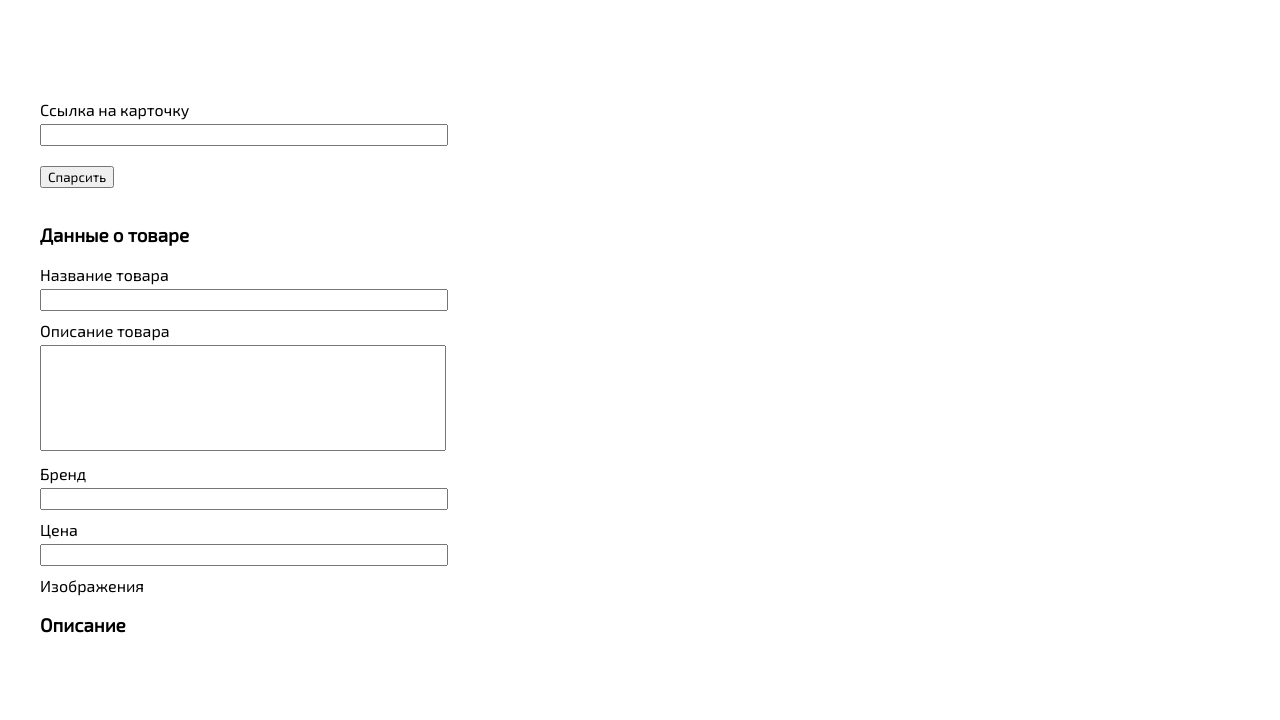
Repository: yozuul/wildberries-product-card-parser-api-exchange
Page: public/index.html
An editor plug-in stored every save of this project. The page is shown before and after the next save, followed by the edit.
The browser window is 1280 px wide. The pictures show the whole page.

Above is the page before, as saved 2021-08-18 18:25:33.

After the next save:
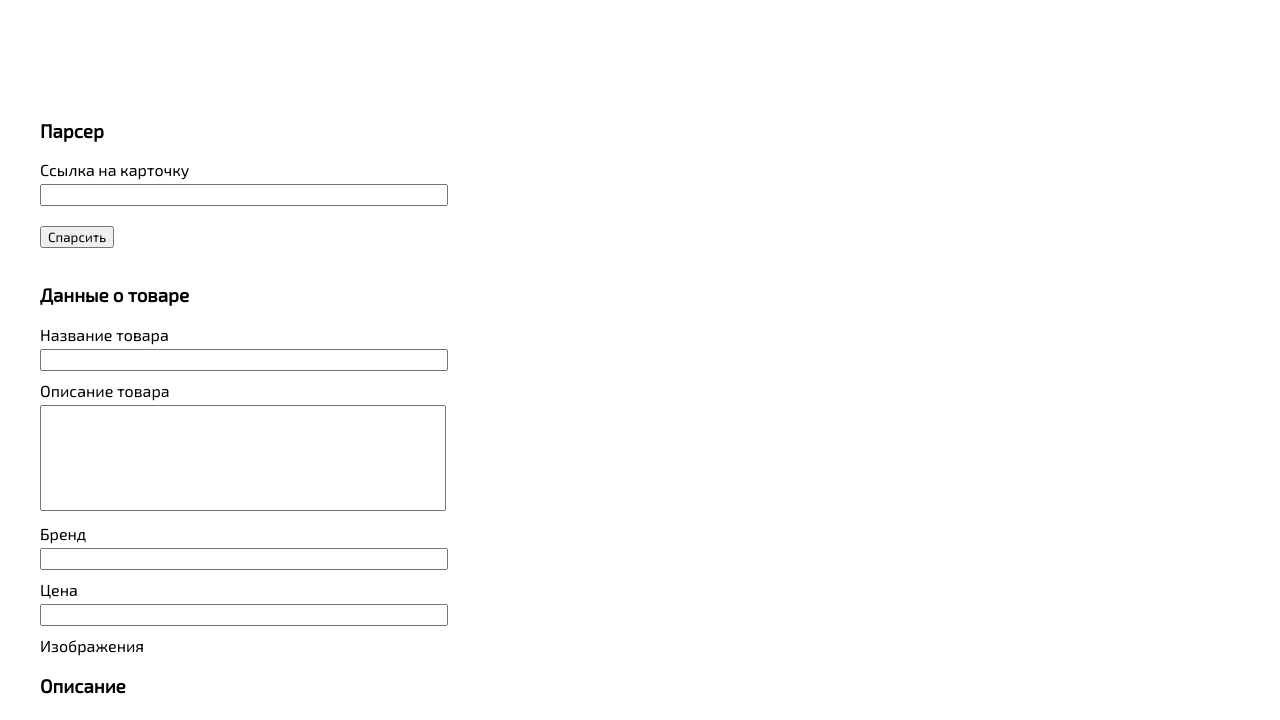
Saved 18 s later.
--- a/public/index.html
+++ b/public/index.html
@@ -10,6 +10,7 @@
 <body>
    <div class="formWrapper">
       <div class="parseForm">
+         <h3>Парсер</h3>
          <form name="parseForm">
             <p>Ссылка на карточку</p>
             <input type="text" id="cardURL">
